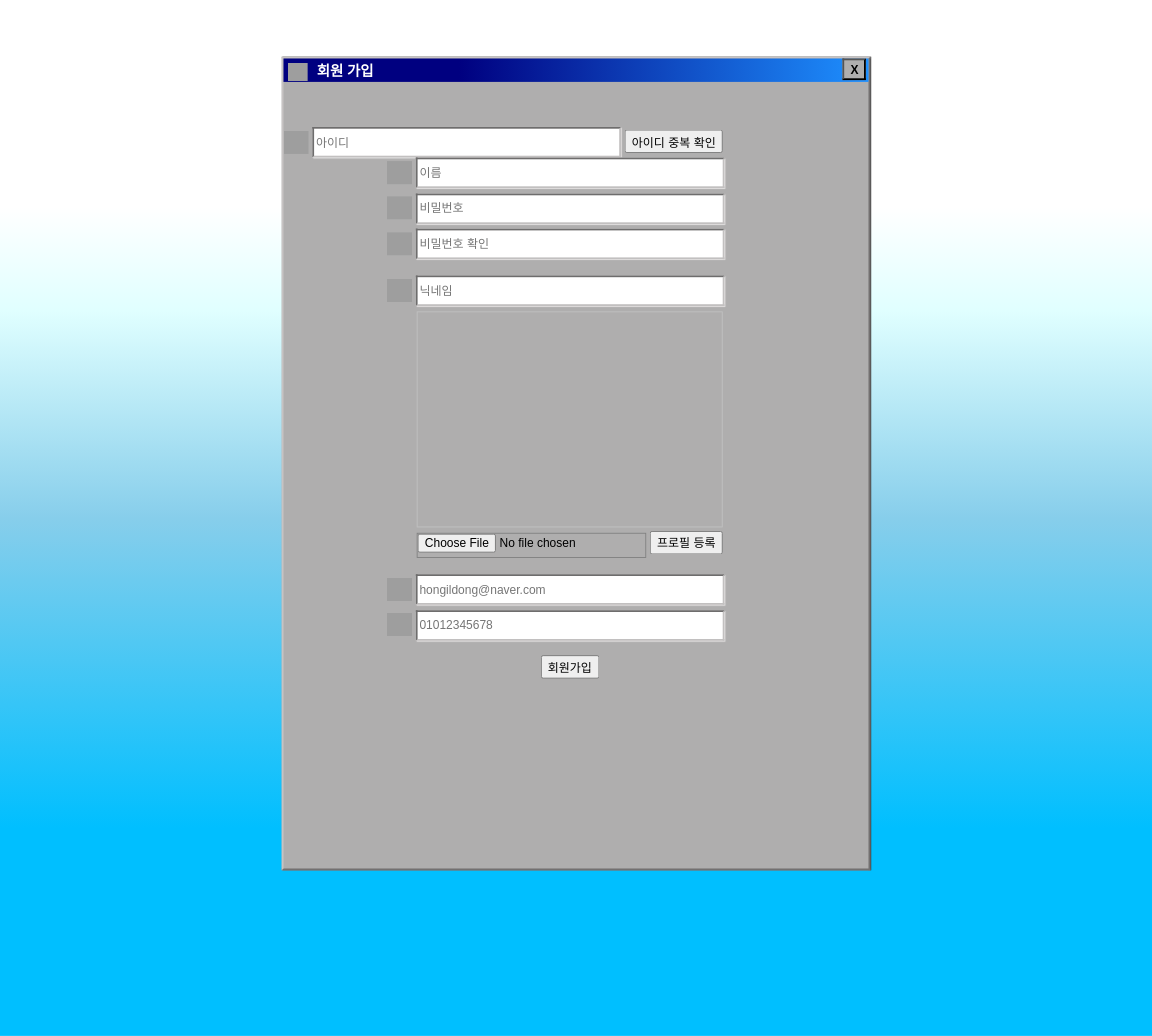
Repository: SEOGWANGWON/semi-finally
Page: http://localhost/semi_team/SHINeeRegister.jsp
An editor plug-in stored every save of this project. The page is shown before and after the next save, followed by the edit.
The browser window is 1280 px wide. The pictures show the whole page, at 90% of full size.
Pictures or frames that could not be fetched are drawn as grey boxes. The page is served by Tomcat 9. Other server files are loaded and not shown.

Above is the page before, as saved 2023-11-17 03:02:47.

### semi_team/src/main/webapp/SHINeeRegister.jsp
<%@ page language="java" contentType="text/html; charset=UTF-8"
    pageEncoding="UTF-8"%>
<!DOCTYPE html>
<html lang="ko">
    <head>
        <meta charset="UTF-8">
        <title>SHINee Music회원가입 페이지</title>
        <link rel="stylesheet" type="text/css" href="css/광원님.css">
    </head>
    <body>
        <div class="pageColor">
            <div class="TabColor"><img src="images/mypage.png" class="TabiconImage"><strong class="TabTextStyle">회원 가입</strong>
                <button id="pageCloseButton" type="button" class="pageCloseButton" onclick="closeButton()"><Strong class="pageCloseButtonText">X</Strong></button>
            </div>
			<div id="divid">
	                    <label for="id">
	                        <img class="iconImg" src="images/user.png">
	                    </label>
	                    <input id="id" name="id" type="text" oninput="idCheck()"  placeholder="아이디" autocomplete="off">
	                    									<!--  oninput = 입력할때마다 실시간 체크   autocomplete="off" 자동완성 기능 off -->
	                    <button id="idButton" type="button" name="idButton">아이디 중복 확인</button> <!--  onclick="idDbCheck()" -->
	                    <span id="ruleid"></span> <!--  <input type="hidden" name="idCheckBox" id="idCheckBox" value="idUnCheck">  -->
	                </div>
                <form id="createAccount" action="SHINeeRegisterServlet" method="post" enctype="multipart/form-data">

	                <div>
	                    <label for="name">
	                        <img class="iconImg" src="images/name.png">
	                    </label>
	                    <input id="name" name="name" type="text" oninput="nameCheck()" placeholder="이름" autocomplete="off">
	                    <p id="rulename"></p>
	                </div>
	                <div>
	                    <label for="pw">
	                        <img class="iconImg" src="images/password.png">
	                    </label>
	                    <input id="pw" name="pw" type="password" oninput="pwCheck()"  placeholder="비밀번호" autocomplete="off">
	                    <p id="rulepm"></p>
	                </div>
	                <div>
	                    <label for="checkpw">
	                       <img class="iconImg" src="images/passwordcheck.png">
	                    </label>
	                    <input id="checkpw" type="password" oninput="pwCheck()" placeholder="비밀번호 확인">
	                    <span id="checkpm"></span>
	                </div>
	                <br>
	                <div>
	                    <label for="nickname">
	                        <img class="iconImg" src="images/profile.png">
	                    </label>
	                    <input id="nickname" name="nickname" type="text" oninput="nicknameCheck()" placeholder="닉네임" autocomplete="off">
	                    <p id="rulenickname"></p>
	                </div>

	                <div>
	                    <div id="profileContainer">
	                        <!-- 프로필 사진을 표시할 컨테이너 -->
	                        <img id="uploadProfile">
	                    </div>
	                    <input type="file" id="profileInput" name="profileInput" accept="image/*" style="margin: 0 0 0 6%;">
	                    <button id="profileUploadButton" type="button">프로필 등록</button>
	                </div>
	                <br>
	                <div>
	                    <label for="emailid">
	                        <img class="iconImg" src="images/email.png">
	                    </label>
	                    <input id="emailid" type="email" name="emailid"  oninput="userEmailCheck()" placeholder="hongildong@naver.com" autocomplete="off">
	                    <p id="ruleemail"></p>
	                </div>
	                <div>
	                    <label for="phoneNumber">
	                        <img class="iconImg" src="images/phone.png">
	                    </label>
	                    <input id="phoneNumber" name="phoneNumber" type="text" oninput="userPhoneCheck()" placeholder="01012345678" autocomplete="off">
	                    <p id="rulephoneNumber"></p>
	                </div>
	                <button id="createUserButton" onclick="CreateUser()">회원가입</button>

            	</form>

       	</div>
       	<script src="https://code.jquery.com/jquery-3.7.1.js"
        integrity="sha256-eKhayi8LEQwp4NKxN+CfCh+3qOVUtJn3QNZ0TciWLP4="
        crossorigin="anonymous"></script>
       	<script src="js/CreateAccountPage.js">
        </script>
    </body>
</html>

### semi_team/src/main/webapp/css/광원님.css
@charset "UTF-8";
body{
    background: linear-gradient(white 20%,lightCyan 30%, skyBlue 50%, deepSkyBlue 80% ) ;
    height: 1080px;
}
.pageColor{
    width: 650px;
    height: 900px;
    margin: 0 auto;
    margin-top: 5%;
    border: 2px outset rgb(199, 195, 195);
    box-shadow: 1px 0 0 0 rgb(41, 41, 41);
    background-color: rgb(175, 174, 174);
}
#phoneNumber{
    width: 335px;
    height: 28px;
    border: 2px inset rgb(194, 192, 192);
    box-shadow: 1px 1px 1px 0 rgb(224, 222, 222);
}
#nickname{
    width: 335px;
    height: 28px;
    border: 2px inset rgb(194, 192, 192);
    box-shadow: 1px 1px 1px 0 rgb(224, 222, 222);

}
#id{
    width: 335px;
    height: 28px;
    border: 2px inset rgb(194, 192, 192);
    box-shadow: 1px 1px 1px 0 rgb(224, 222, 222);
}
#pw,#checkpw{
    width: 335px;
    height: 28px;
    border: 2px inset rgb(194, 192, 192);
    box-shadow: 1px 1px 1px 0 rgb(224, 222, 222);
}
#divid{
	padding: 50px 0 0 0;
}

#createAccount{
    width: 550px;
    height: 650px;
    margin-left: 10%;
    padding: 0 50px 50px 50px;
    border-radius: 5%;
}
#emailid{
    width: 335px;
    height: 28px;
    border: 2px inset rgb(194, 192, 192);
    box-shadow: 1px 1px 1px 0 rgb(224, 222, 222);
}
input{
    border: 1.5px solid gray;
}
button{
    height: 26px;
}
input{
    height: 26px;
}
.pawnTab{
    width: 600px;

}
.iconImg{
    width: 28px;
    height: 26px;
    margin-bottom: -8px;
}
.TabColor{
    height: 26px;
    background: linear-gradient(to right,navy 30%, dodgerblue );
}
.TabiconImage{
    margin: 0 -3px -6px 5px;
    width: 22px;
    height: 20px;
}
.TabTextStyle{
    margin: 0 0 0 2%;
    color: white;
}
.pageCloseButton{
    float: right;
    margin: 0 0.5% -5% 0;
    width: 26px;
    height: 24px;
    padding: 3px;
    background-color: rgb(175, 174, 174);
}
.pageCloseButtonText{
    margin: 0 0 0 10%;
}
#uploadProfile{
    width: 340px;
    height: 240px;
    margin: 0 0 0 6%;
}
@font-face {
    font-family: 'Ramche';
    src: url('https://cdn.jsdelivr.net/gh/projectnoonnu/noonfonts_2307-1@1.1/Ramche.woff2') format('woff2');
    font-weight: normal;
    font-style: normal;
}
#checkpm{
    width: 150px;
    margin: 0;
    padding: 0;
}
#name{
    width: 335px;
    height: 28px;
    border: 2px inset rgb(194, 192, 192);
    box-shadow: 1px 1px 1px 0 rgb(224, 222, 222);
}
#createUserButton{
    margin: 2% 0 0 31%;
}

#ruleid, #rulephoneNumber, #ruleemail, #rulenickname, #rulepm, #rulename{
    font-size: 13px;
    font-weight: 800;
    color: rgb(255, 0, 0);
    padding: 0;
    margin: 1% 0 1% 6%;
}

### semi_team/src/main/webapp/js/CreateAccountPage.js
document.getElementById("profileUploadButton").addEventListener("click", function(){
    var fileInput = document.getElementById("profileInput");
    var uploadImage = document.getElementById("uploadProfile");
    var imageContainer = document.getElementById("profileContainer");

    if(fileInput.files.length > 0){
        var file = fileInput.files[0];
        var reader = new FileReader();

        reader.onload = function(e){
            uploadImage.src = e.target.result;
            imageContainer.style.display = "block";
        };

        reader.readAsDataURL(file);
    } else{
        alert("프로필 사진을 넣어야 합니다.");
    };
});

function closeButton(){

    if(confirm("회원가입을 취소하시겠습니까?.")){
        alert("회원가입이 취소되었습니다.")
        var pageMove = "https://music.apple.com/kr/browse";
        location.href=pageMove;
    };
};

function idCheck(){

	var userid = document.getElementById("id").value;
	const idPattarn =  /^[A-za-z0-9]{4,12}$/;

	if(idPattarn.test(userid)){
		$('#ruleid').text('조건 일치').css('color', 'green');
	}else{
        $('#ruleid').text("아이디는 4 ~ 12 자의 숫자,영어 로만 구성되어야합니다").css('color', 'red');
     };

     document.userInfo.idCheckBox.value = "idUnCheck"

};



/*
function idDbCheck(){
	const a = docu
	a.value
	window.name = "parentForm";
	window.open("Id_Check.jsp?=",
	"checkForm", "width=500, height=300, resizable = no, scrollbars = no");

	}
	*/


function nameCheck(){

    var username = document.getElementById("name").value;
    const namePattarn = /^[가-힣]{1,15}$/;

    if(namePattarn.test(username)){
		$('#rulename').text('조건 일치').css('color', 'green');
	}else{
        $('#rulename').text("이름은 15자 이하의 한글로만 구성되어야 합니다.").css('color', 'red');
     };
};


function pwCheck(){

	var password = document.getElementById("pw").value;
    const passwordPattarn = /^(?=.*[a-z])(?=.*[A-Z])(?=.*\d)(?=.*[@$!%*?&])[A-Za-z\d@$!%*?&]{6,32}$/;

    if(passwordPattarn.test(password)){
		$('#rulepm').text('조건 일치').css('color', 'green');
	}else{
        $('#rulepm').text("비밀번호는 6 ~ 32자의 영문, 대문자, 소문자, 특수문자, 숫자를 포함해야합니다.").css('color', 'red');
     };

    if($('#pw').val() == $('#checkpw').val()){
        $('#checkpm').text('비밀번호 일치').css('color', 'green');
    }else{
        $('#checkpm').text('비밀번호가 불일치').css('color', 'red');
    };
};

function nicknameCheck(){

    var userNickname = document.getElementById("nickname").value;
    const nicknamePattarn =  /^[가-힣A-za-z0-9]{1,20}$/;

    if(nicknamePattarn.test(userNickname)){
		$('#rulenickname').text('조건 일치').css('color', 'green');
	}else{
        $('#rulenickname').text("닉네임은 20자 이하의 영어,숫자,한글로만 구성되어야 합니다.").css('color', 'red');
     };

};

function userEmailCheck(){

    var userEmail = document.getElementById("emailid").value;
    const emailPattarn =  /^[A-Za-z-0-9\-\.]+@[A-Ja-z-0-9\-\.]+\.[A-Ja-z-0-9]+$/;

    if(emailPattarn.test(userEmail)){
		$('#ruleemail').text('조건 일치').css('color', 'green');
	}else{
        $('#ruleemail').text("이메일은 80자 이하의 @과.를 포함한 영어, 숫자로만 구성되어야 합니다.").css('color', 'red');
     };
};

function userPhoneCheck(){

    var userPhone = document.getElementById("phoneNumber").value;
    const phonePattarn = /^(010|011)[0-9]{8}$/;

    if(phonePattarn.test(userPhone)){
		$('#rulephoneNumber').text('조건 일치').css('color', 'green');
	}else{
        $('#rulephoneNumber').text("올바른 번호가 아닙니다.").css('color', 'red');
     };
}






function CreateUser(){

    var userid = document.getElementById("id").value;
    var username = document.getElementById("name").value;
    var password = document.getElementById("pw").value;
    var passwordCheck = document.getElementById("checkpw").value;
    var userNickname = document.getElementById("nickname").value;
    var userEmail = document.getElementById("emailid").value;
    var userPhone = document.getElementById("phoneNumber").value;
    //var idCheckBox = document.getElementById("idCheckBox").value;



    const idPattarn =  /^[A-za-z0-9]{4,12}$/;
    const namePattarn = /^[가-힣]{1,15}$/;
    const passwordPattarn = /^(?=.*[a-z])(?=.*[A-Z])(?=.*\d)(?=.*[@$!%*?&])[A-Za-z\d@$!%*?&]{6,32}$/;
    const nicknamePattarn =  /^[가-힣A-za-z0-9]{1,20}$/;
    const emailPattarn =  /^[A-Za-z-0-9\-\.]+@[A-Ja-z-0-9\-\.]+\.[A-Ja-z-0-9]+$/;
    const phonePattarn = /^(010|011)[0-9]{8}$/;

    if(!userid.match(idPattarn)){
        alert("아이디는 4 ~ 12 자의 숫자,영어 로만 구성되어야합니다");
        return false;
   /* else if(idCheckBox !="idOnCheck"){
        alert("아이디 중복체크를 하셔야합니다.")
        return false;
        }*/

    }else if(!username.match(namePattarn)){
        alert("이름은 15자 이하의 한글로만 구성되어야 합니다.");
        return false;
    }else if(!password.match(passwordPattarn)){
        alert("비밀번호는 6 ~ 32자의 영문, 대문자, 소문자, 특수문자, 숫자를 포함해야합니다.");
        return false;
    }else if(password !== passwordCheck){
        alert("비밀번호가 일치하지 않습니다.");
        return false;
    }else if(!userNickname.match(nicknamePattarn)){
        alert("닉네임은 20자 이하의 영어,숫자,한글로만 구성되어야 합니다.");
        return false;
    }else if(!userEmail.match(emailPattarn)){
        alert("이메일은 80자 이하의 @과.를 포함한 영어, 숫자로만 구성되어야 합니다.")
        return false;
    }else if(!userPhone.match(phonePattarn)){
        alert("올바른 번호가 아닙니다.");
        return false;
    }
    alert("SHINee Musci에 오신걸 환영합니다!")



	/*
	var idCheckResult = $('#idCheckBox').val();

    // 아이디 중복 확인이 되었는지 확인
    if (idCheckResult === 'idUnCheck') {
        alert('아이디 중복 확인을 해주세요.');
        return;
    }
    */





    //alert("회원가입이 정상적으로 완료되었습니다!.");
    //var pageMove = "https://music.apple.com/kr/browse";
    //location.href=pageMove;     // ( 현재 페이지에서 이동 )

    // window.open(사이트링크) ( 새창 열기 )


     }

After the next save:
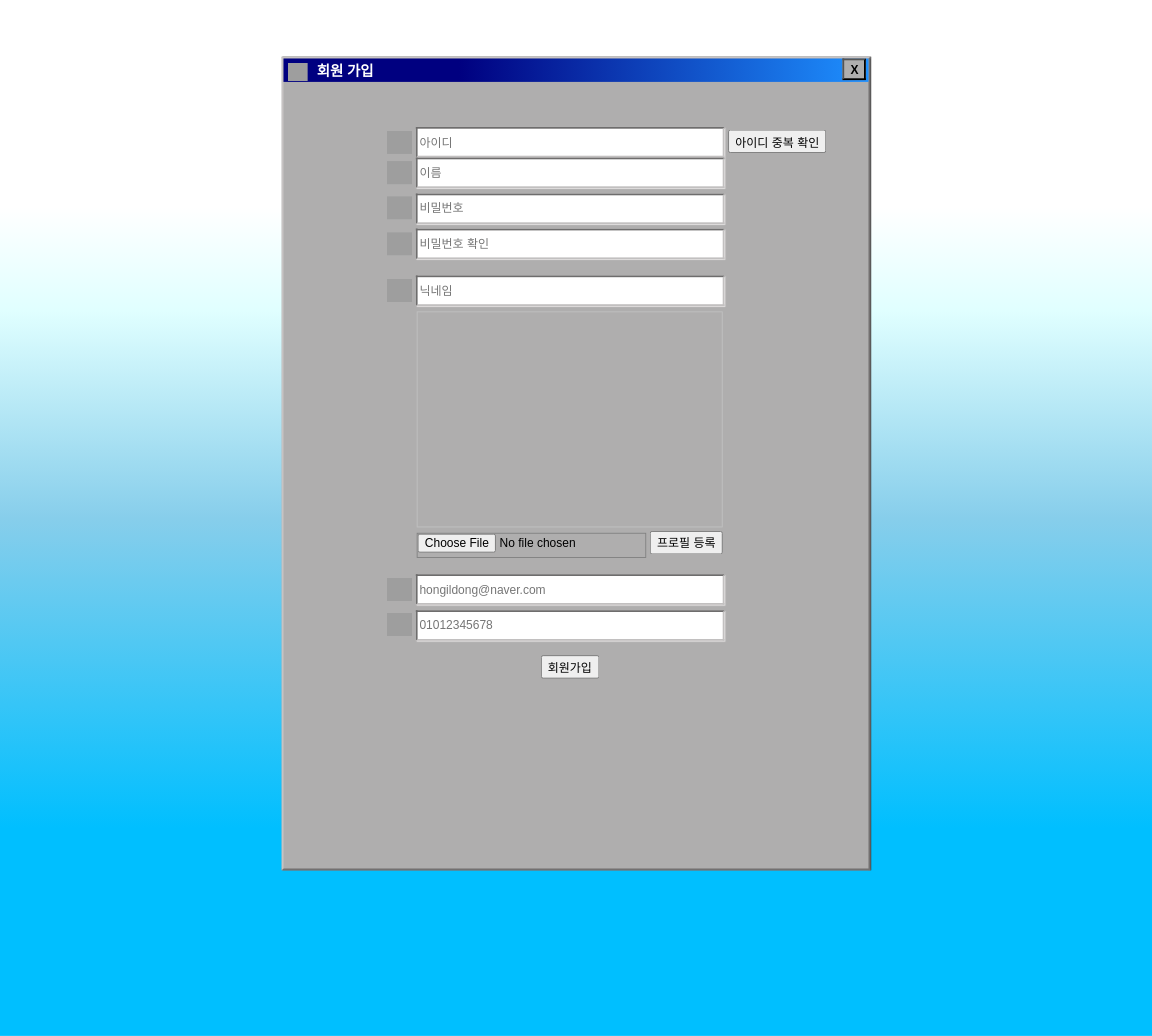
Saved 3 min 15 s later.
--- a/semi_team/src/main/webapp/SHINeeRegister.jsp
+++ b/semi_team/src/main/webapp/SHINeeRegister.jsp
@@ -9,10 +9,13 @@
     </head>
     <body>
         <div class="pageColor">
+        <div>
             <div class="TabColor"><img src="images/mypage.png" class="TabiconImage"><strong class="TabTextStyle">회원 가입</strong>
                 <button id="pageCloseButton" type="button" class="pageCloseButton" onclick="closeButton()"><Strong class="pageCloseButtonText">X</Strong></button>
             </div>
-			<div id="divid">
+
+                <form id="createAccount" action="SHINeeRegisterServlet" method="post" enctype="multipart/form-data">
+	                <div id="divid">
 	                    <label for="id">
 	                        <img class="iconImg" src="images/user.png">
 	                    </label>
@@ -21,8 +24,6 @@
 	                    <button id="idButton" type="button" name="idButton">아이디 중복 확인</button> <!--  onclick="idDbCheck()" -->
 	                    <span id="ruleid"></span> <!--  <input type="hidden" name="idCheckBox" id="idCheckBox" value="idUnCheck">  -->
 	                </div>
-                <form id="createAccount" action="SHINeeRegisterServlet" method="post" enctype="multipart/form-data">
-
 	                <div>
 	                    <label for="name">
 	                        <img class="iconImg" src="images/name.png">
@@ -79,6 +80,7 @@
 	                <button id="createUserButton" onclick="CreateUser()">회원가입</button>
 
             	</form>
+            	</div>
 
        	</div>
        	<script src="https://code.jquery.com/jquery-3.7.1.js"

After the 5 saves that followed:
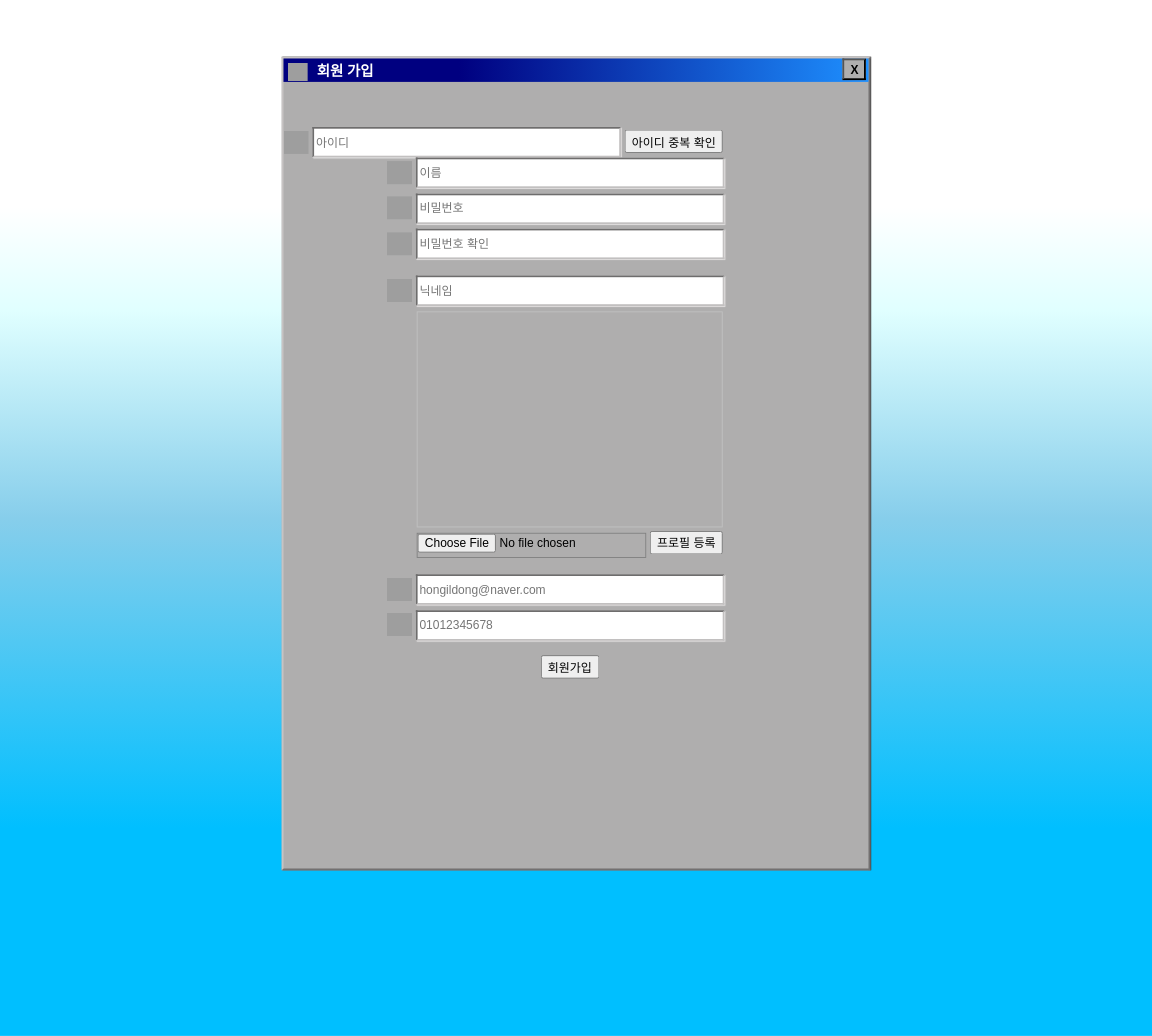
The 5 saves are shown as one change because 4 left the picture as it was.
The last was saved 2 min 39 s later.
--- a/semi_team/src/main/webapp/SHINeeRegister.jsp
+++ b/semi_team/src/main/webapp/SHINeeRegister.jsp
@@ -9,13 +9,11 @@
     </head>
     <body>
         <div class="pageColor">
-        <div>
+
             <div class="TabColor"><img src="images/mypage.png" class="TabiconImage"><strong class="TabTextStyle">회원 가입</strong>
                 <button id="pageCloseButton" type="button" class="pageCloseButton" onclick="closeButton()"><Strong class="pageCloseButtonText">X</Strong></button>
             </div>
-
-                <form id="createAccount" action="SHINeeRegisterServlet" method="post" enctype="multipart/form-data">
-	                <div id="divid">
+            <div id="divid">
 	                    <label for="id">
 	                        <img class="iconImg" src="images/user.png">
 	                    </label>
@@ -24,6 +22,9 @@
 	                    <button id="idButton" type="button" name="idButton">아이디 중복 확인</button> <!--  onclick="idDbCheck()" -->
 	                    <span id="ruleid"></span> <!--  <input type="hidden" name="idCheckBox" id="idCheckBox" value="idUnCheck">  -->
 	                </div>
+
+                <form id="createAccount" action="SHINeeRegisterServlet" method="post" enctype="multipart/form-data">
+
 	                <div>
 	                    <label for="name">
 	                        <img class="iconImg" src="images/name.png">
@@ -82,7 +83,7 @@
             	</form>
             	</div>
 
-       	</div>
+
        	<script src="https://code.jquery.com/jquery-3.7.1.js"
         integrity="sha256-eKhayi8LEQwp4NKxN+CfCh+3qOVUtJn3QNZ0TciWLP4="
         crossorigin="anonymous"></script>
